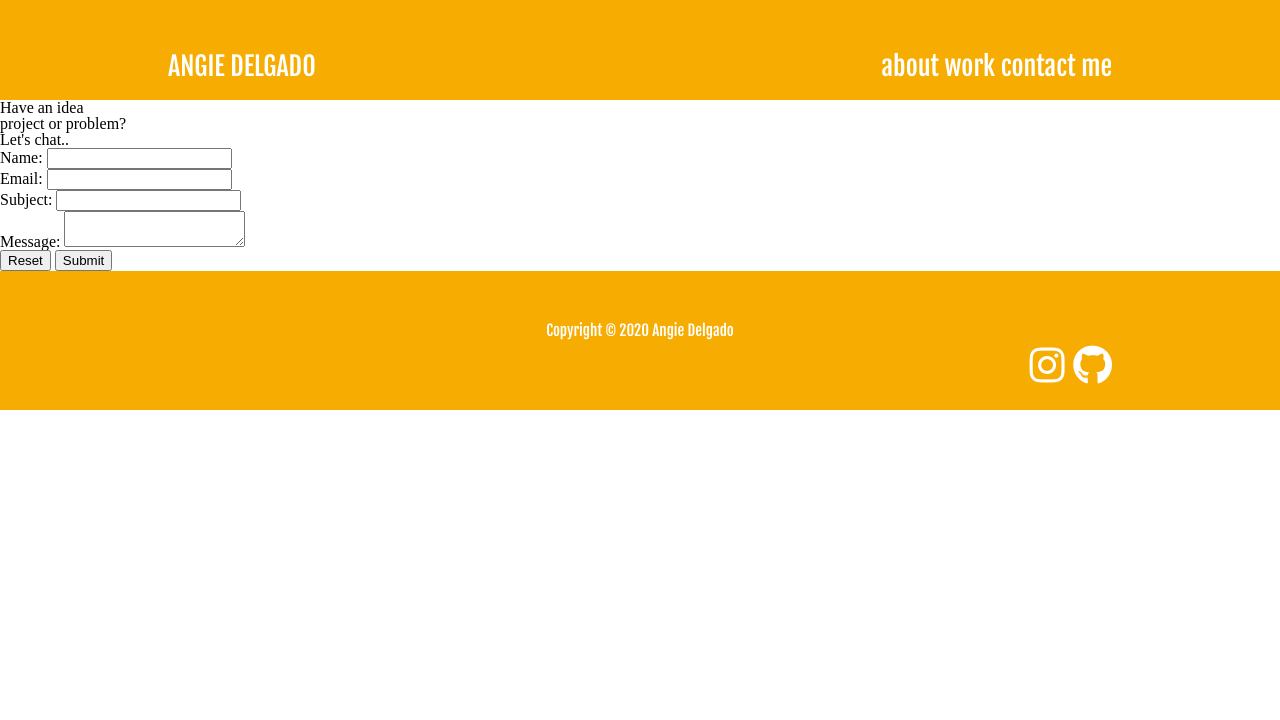
Repository: seleniadelgado/meda-spring2020-angie
Page: projects/portfolio/contact.html
An editor plug-in stored every save of this project. The page is shown before and after the next save, followed by the edit.
The browser window is 1280 px wide. The pictures show the whole page.

Above is the page before, as saved 2020-03-02 22:32:50.

### projects/portfolio/contact.html
<!DOCTYPE html>
 <html lang="en">
    <head>
        <meta charset="utf-8">
        <meta http-equiv="X-UA-Compatible" content="IE=edge">
        <title>Angie Delgado</title>
        <meta name="description" content="">
        <meta name="viewport" content="width=device-width, initial-scale=1">
        <link rel="stylesheet" href="reset.css">
        <link rel="stylesheet" href="styles.css">
        <link rel="stylesheet" href="css/all.css">

    </head>
    <body>
    <header>
            <nav>
                <div id="myName">
                    <a href="index.html">Angie Delgado</a>
                </div>
                <div>
                    <ul id="menu">
                        <li><a href="index.html">About</a></li>
                        <li><a href="work.html">Work</a></li>
                        <li><a href="contact.html">Contact me</a></li>
                    </ul>
                </div>
            </nav>
    </header>
    <div class="contact">
        <div>
            <p>Have an idea<br>project or problem?<br>Let's chat..</p>
        </div>
        <div class="flex-form">
            <form id="contact-form" action="#">
                <label for="name">Name: </label>
                <input type="text" id="name">
                <br>
                <label for="email">Email: </label>
                <input type="text" id="email">
                <br>
                <label for="subject">Subject: </label>
                <input type="text" id="subject">
                <br>
                <label for="message">Message:</label>
                <textarea id="message"></textarea>
                <br>
                <input class="form-buttons" type="reset">
                <input class="form-buttons" type="submit">
            </form>
        </div>
    </div>
    <footer>
        <div class="copyright"><p>Copyright &copy; 2020 Angie Delgado</p></div>
        <div class="social">
            <ul>
                <li><a href="https://github.com/seleniadelgado"> <i class="fab fa-instagram"></i></li></a>
                <li><a href="https://www.instagram.com/angieselenia/"><i class="fab fa-github"></i></li></a>
            </ul>
        </div>
    </footer>
    </body>
</html>

### projects/portfolio/styles.css
@import url('https://fonts.googleapis.com/css?family=Fjalla+One|Noto+Sans&display=swap');
body {
    width: 100%;
}
header, footer {
    background-color: #f6ac00;
    padding: 50px;
    font-size: 26px;
    font-family: 'Fjalla One', Arial, Helvetica, sans-serif;
    line-height: normal;
    /* font-family: 'Noto Sans', ;*/
}
/* navbar starts*/
#myName a {
    float: left;
    text-decoration: none;
    color: white;
    text-transform: uppercase;
    padding-left: 10%;
}
ul {
    display: block;
    list-style-type: none;
    margin: 0;
    padding-right: 10%;
    float: right;
    text-decoration: none;
 }

 li {
    display: inline;
    text-transform: lowercase;
 }
 li a {
    text-decoration: none;
    color: white;
 }
 /*nav styles ends */

/* About me starts */
.aboutMe {
    display: flex;
}
.image {
    align-items: flex-start;
    margin-left: 15%;
    margin-top: 5%;
    margin-bottom: 5%;
    filter: grayscale(100%);
}
.aboutMe #aboutMeParagraph {
    align-items: center;
    margin-top: 17%;
    margin-bottom: 10%;
    margin-left: 10%;
    margin-right: 20%;
    font-family: 'Noto Sans';

}
/* about me ends */
/*resume and work starts */
.work {
    display: flex;
    margin-bottom: 15%;
    flex-direction: column;
    flex-wrap: wrap;
}
.work p {
    font-family: Noto Sans;
    font-weight: 800;
    font-size: 36px;
    margin-top: 5%;
    margin-left: 6%;
    margin-bottom: 40%;
}
.work .projects {
    display: flex;
    justify-content: space-around;
}
.work img {
    width: 300px;
    height: 300px;
    border: solid whitesmoke;
    margin-bottom: 20%;
}
.work .resume a {
    text-decoration: none;
    font-family: 'Fjalla One';
    font-size: 40px;
    color: black;
    margin-left: 6%;
}
/* resume and work ends */

 /* Footer style starts */
 footer {
    color: white;
    text-shadow: black;
    margin: 0 auto;
 }
 .copyright {
    text-align: center;
    font-size: 15px;
 }
 .social {
    text-align: right;
    margin-bottom: 20px;
    font-size: 40px;
 }
/* footer ends */

Loaded but not shown: projects/portfolio/reset.css (common file); projects/portfolio/css/all.css (library)

After the next save:
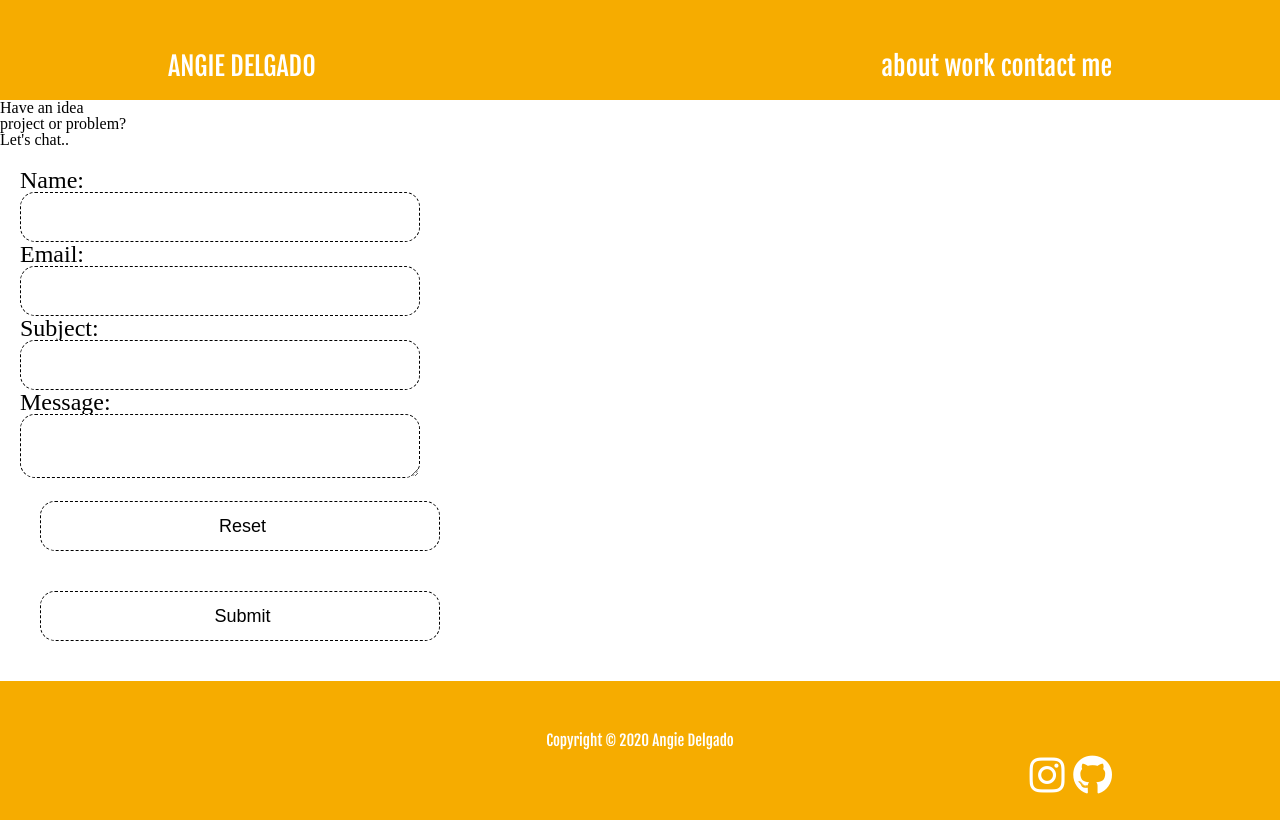
Saved 26 s later.
--- a/projects/portfolio/styles.css
+++ b/projects/portfolio/styles.css
@@ -91,6 +91,71 @@
     margin-left: 6%;
 }
 /* resume and work ends */
+/* contact starts */
+#contact > hr {
+    border: dotted 2px teal;
+}
+#contact-flexbox {
+    display: flex;
+}
+
+#contact-flexbox div:first-child {
+    flex-grow: 3;
+}
+
+#contact-flexbox div:last-child {
+    flex-grow: 1;
+    background-color: ;
+
+}
+
+#contact-form {
+    width: 400px;
+    margin: 20px;
+}
+
+#contact-form label {
+    font-size: 24px;
+}
+
+#contact-form input {
+    border: dashed 1px black;
+    width: 400px;
+    height: 50px;
+    border-radius: 15px;
+    box-sizing: border-box;
+    font-size: 18px;
+    color: black;
+    padding-left: 11px;
+    background-color: white;
+}
+.form-buttons {
+    margin: 20px;
+    color: turquoise;
+    font-size: 18px;
+    width: 360px;
+
+}
+#contact-form .form-buttons:hover {
+    border: solid blue 5px;
+}
+#contact-form textarea {
+    border: dashed 1px black;
+    color: turquoise;
+    border-radius: 15px;
+    width: 100%;
+    box-sizing: border-box;
+    padding: 11px;
+    font-size: 18px;
+}
+#additional-info {
+    line-height: 40px;
+    color: black;
+}
+#additional-info dd a {
+    text-decoration: none;
+}
+/*contact end*/
 
  /* Footer style starts */
  footer {
